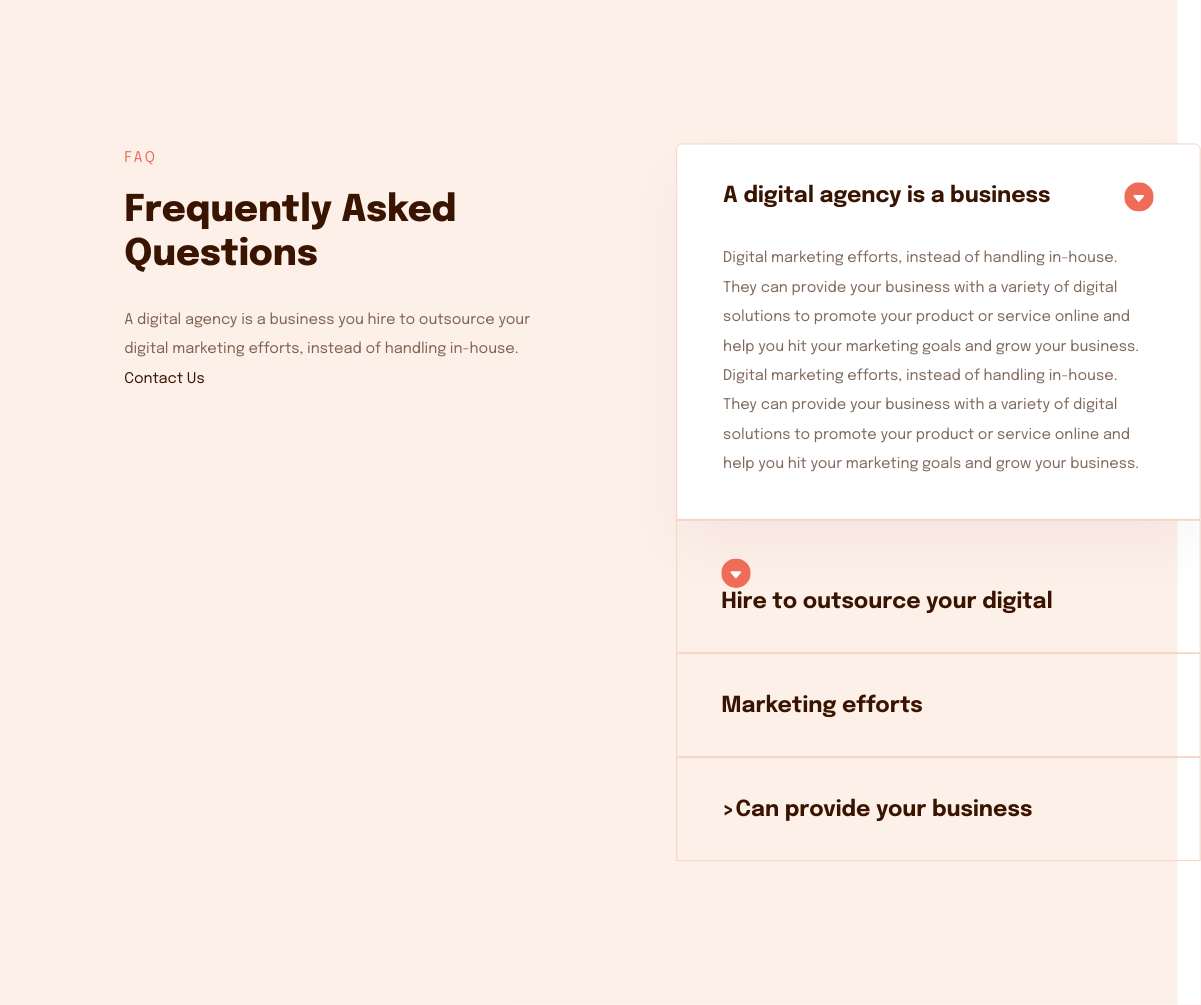
Repository: MehdiKerimov/Figma-task-10
Page: pages/faq/index.html
These files come from the project's save history. The page is drawn as it stood at one moment and after a run of saves; the edit follows.
The browser window is 1280 px wide. The page is 1305 px wide, so the pictures cover 1305 px, including what lies to the right of the window. The pictures show the whole page, at 92% of full size.

Above is the page before, as saved 2023-09-09 15:36:05.

After the next 2 saves:
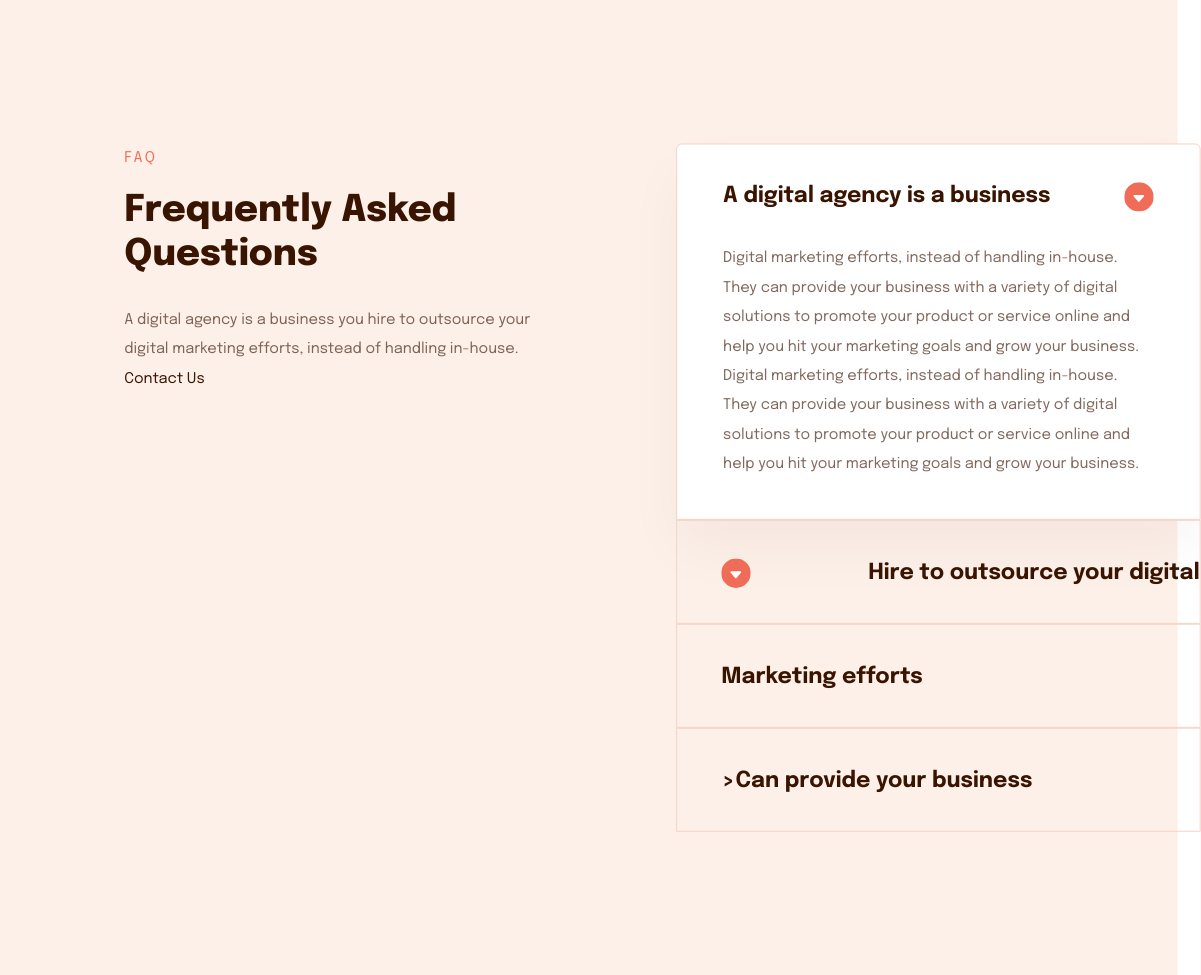
The 2 saves are shown as one change because they came seconds apart.
The last was saved 6 s later.
--- a/pages/faq/index.html
+++ b/pages/faq/index.html
@@ -51,8 +51,9 @@
             fill="white"
           />
         </svg>
+        <h3>Hire to outsource your digital</h3>
         </div>
-        <h3>Hire to outsource your digital</h3>
+
       </li>
       <li>
         <h3>Marketing efforts</h3>
